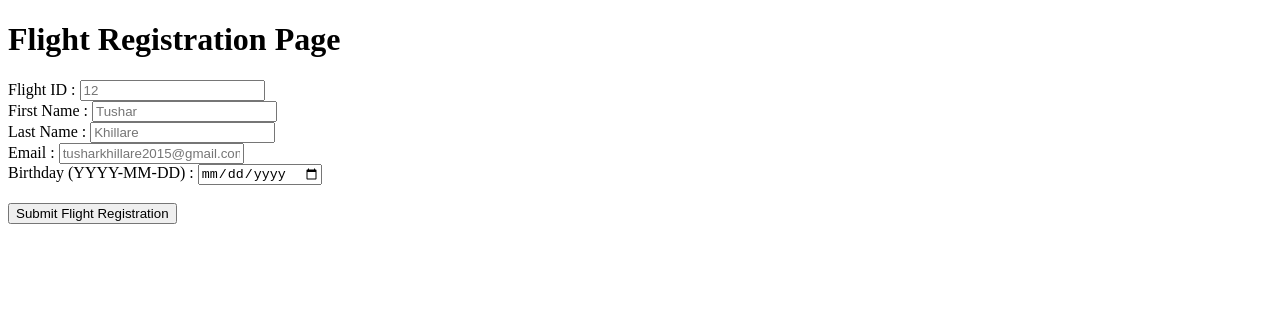
Repository: tuskhillare/FlyAway-1.0-
Page: http://localhost/FlyAway/Registeration.jsp
The author's editor kept a copy of each file at every save. The page is drawn from the files as they stood at one save, then again after the next save.
The browser window is 1280 px wide. The pictures show the whole page.
The page is served by Tomcat 9.

Above is the page before, as saved 2021-10-01 14:12:01.

After the next save:
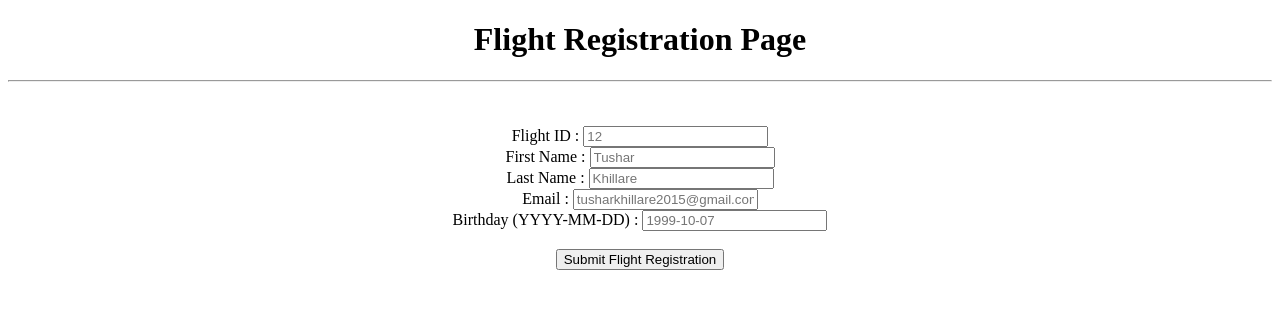
Saved 34 min 50 s later.
--- a/Source Code/FlyAway/src/main/webapp/Registeration.jsp
+++ b/Source Code/FlyAway/src/main/webapp/Registeration.jsp
@@ -5,16 +5,20 @@
 <title>Flight Registration Page</title>
 </head>
 <body>
+<center>
 	<h1>Flight Registration Page</h1>
+	<hr>
+	</br>
+	</br>
 	<form name="flightRegistraton" method="POST" action="Registeration">
 		Flight ID : <input type="number" name="flightid" placeholder="12" required> <br/>
 		First Name : <input type="text" name="firstname" placeholder="Tushar" required> <br/>
 		Last Name : <input type="text" name="lastname" placeholder="Khillare" required> <br/>
 		Email : <input type="email" name="email" placeholder="tusharkhillare2015@gmail.com" required> <br/>
-		Birthday (YYYY-MM-DD) : <input type="date" name="birthdate" placeholder="1999-10-07" required> <br/>
+		Birthday (YYYY-MM-DD) : <input type="text" name="birthdate" placeholder="1999-10-07" required> <br/>
 		<br/>
 		<input type="submit" value="Submit Flight Registration">
 	</form>
-
+	</center>
 </body>
 </html>
